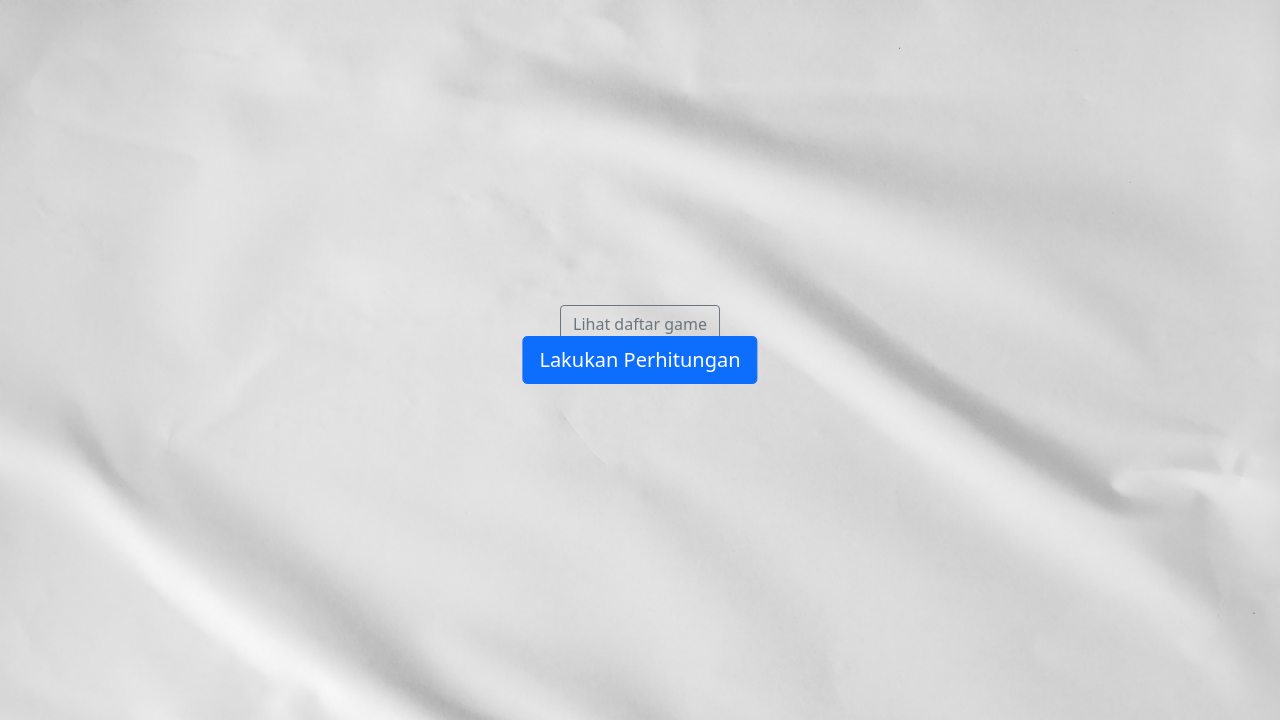
Repository: aqordeon/SPKWP
Page: http://localhost/
The author's editor kept a copy of each file at every save. The page is drawn from the files as they stood at one save, then again after the next save.
The browser window is 1280 px wide. The pictures show the whole page.
The page is run by PHP 8.4 with error messages shown; the project is at /var/www/html/.

Above is the page before, as saved 2021-01-11 01:57:50.

### index.php
<?php
    session_start();
    session_unset();
?>

<!DOCTYPE html>
<html lang="en">
<head>
    <meta charset="UTF-8">
    <meta name="viewport" content="width=device-width, initial-scale=1.0">
    <title>Document</title>

    <link rel="stylesheet" href="css/bootstrap.css" type="text/css" />
    <style>
        body {
            background-image: url("images/whitepaper.jpg");
            background-color: #cccccc;
            background-size: cover;
        }
        a {
            margin: 0;
            position: absolute;
            top: 50%;
            left: 50%;
            -ms-transform: translate(-50%, -50%);
            transform: translate(-50%, -50%);
        }
    </style>
</head>
<body>
    <div class="container" style="">
            <a href="listgame.php" class="btn btn-outline-secondary" style="top: 45%;">Lihat daftar game</a>
            <a href="hitungKriteria.php" class="btn btn-primary btn-lg" >Lakukan Perhitungan</a>
    </div>


    <script src="https://cdn.jsdelivr.net/npm/bootstrap@5.0.0-beta1/dist/js/bootstrap.bundle.min.js" integrity="sha384-ygbV9kiqUc6oa4msXn9868pTtWMgiQaeYH7/t7LECLbyPA2x65Kgf80OJFdroafW" crossorigin="anonymous"></script>
</body>
</html>

Loaded but not shown: css/bootstrap.css (library)

After the next save:
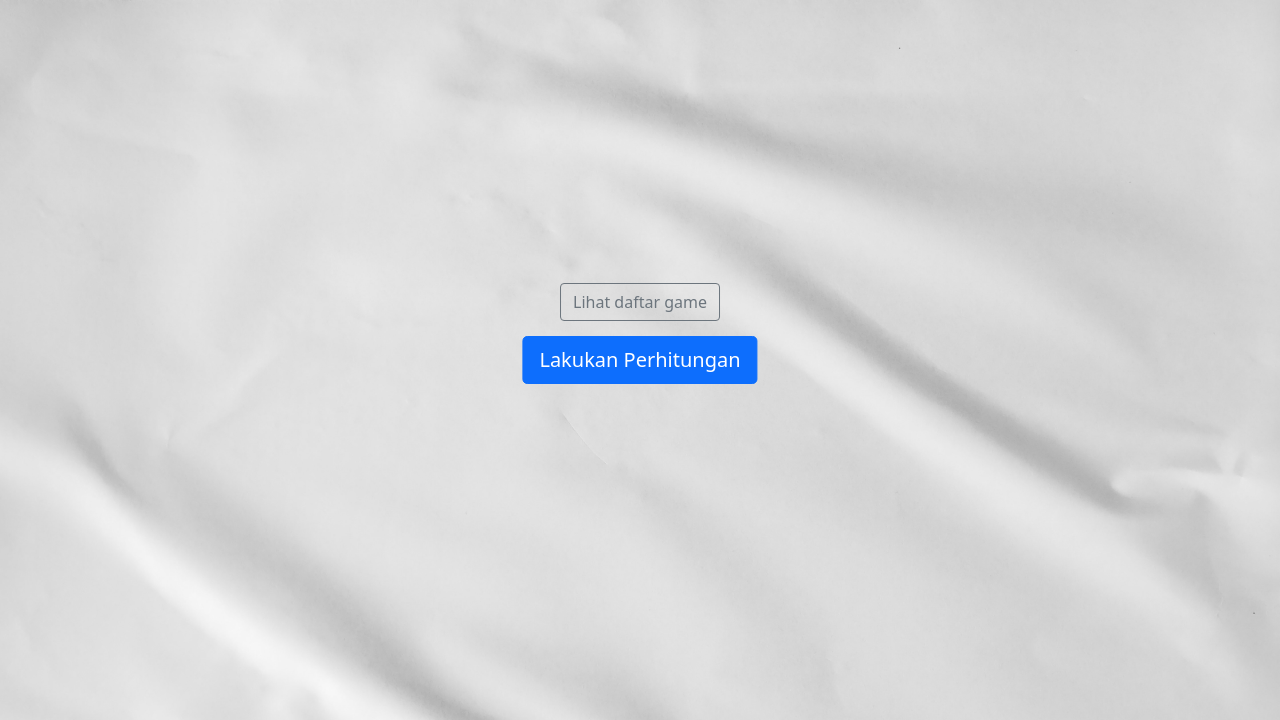
Saved 4 s later.
--- a/index.php
+++ b/index.php
@@ -29,7 +29,7 @@
 </head>
 <body>
     <div class="container" style="">
-            <a href="listgame.php" class="btn btn-outline-secondary" style="top: 45%;">Lihat daftar game</a>
+            <a href="listgame.php" class="btn btn-outline-secondary" style="top: 42%;">Lihat daftar game</a>
             <a href="hitungKriteria.php" class="btn btn-primary btn-lg" >Lakukan Perhitungan</a>
     </div>
 
